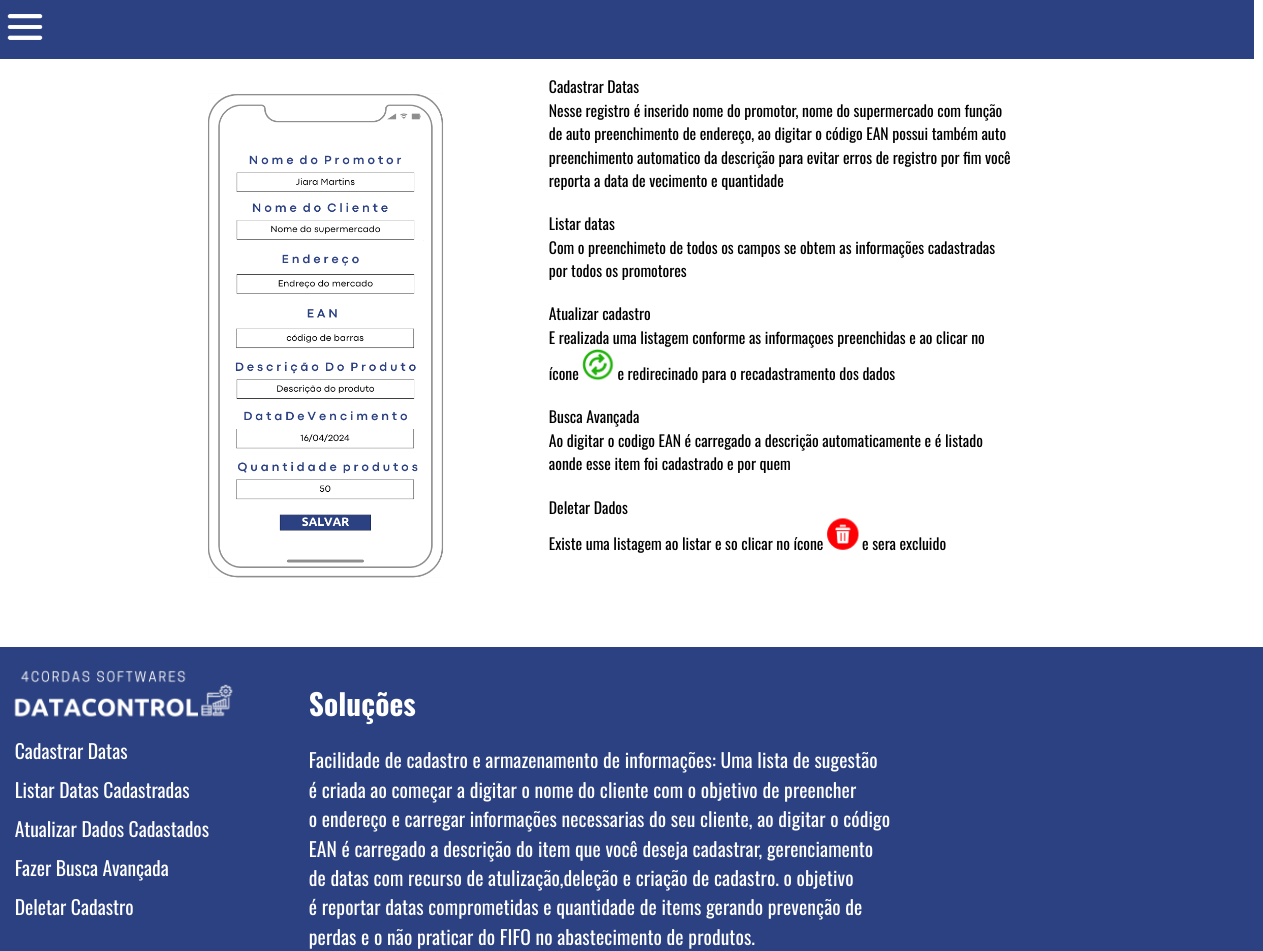
Repository: alfredo-allan/ControleDeDatasFrontEnd
Page: index.html
An editor plug-in stored every save of this project. The page is shown before and after the next save, followed by the edit.
The browser window is 1280 px wide. The page is 1289 px wide, so the pictures cover 1289 px, including what lies to the right of the window. The pictures show the whole page, at 98% of full size.

Above is the page before, as saved 2024-04-30 14:40:20.
Console error: TypeError: Cannot read properties of null (reading 'addEventListener')

### index.html
<!DOCTYPE html>
<html lang="pt-BR">
  <head>
    <meta charset="UTF-8" />
    <meta name="viewport" content="width=device-width, initial-scale=1.0" />
    <link rel="stylesheet" href="./style/style.css" />
    <link rel="preconnect" href="https://fonts.googleapis.com" />
    <link rel="preconnect" href="https://fonts.gstatic.com" crossorigin />
    <link
      href="https://fonts.googleapis.com/css2?family=Oswald:wght@200..700&display=swap"
      rel="stylesheet"
    />
    <title>Controle de Datas</title>
  </head>
  <body>
    <div class="header">
      <div id="menu-icon">
        <img id="icon-menu" src="./images/barra-de-menu.png" alt="" />
      </div>
      <div id="titulo">
        <!-- <h1>Controle De Datas</h1> -->
      </div>
      <div id="menu-options">
        <ul>
          <!-- <img id="usuario" src="./images/usuario-exemplo.jpg" alt="" /> -->
          <a href="pages/cadastro.html"><li>Cadastrar Datas</li></a>
          <a href="pages/listagem.html"><li>Listar Datas</li></a>
          <a href="pages/atualizar.html"><li>Atualizar Cadastro</li></a>
          <a href="pages/buscaavancada.html"><li>Busca Avançada</li></a>
          <a href="pages/deletar.html"><li>Deletar Dados</li></a>
        </ul>
      </div>
    </div>
    <img id="instrucao" src="./images/CadastrarDatas.png" alt="">
    <div class="coluna">
    <ul>
      <span>Cadastrar Datas</span>
      <li>Nesse registro é inserido nome do promotor, nome do supermercado com função de auto preenchimento de endereço, ao digitar o código EAN possui também auto preenchimento automatico da descrição para evitar erros de registro por fim você reporta a data de vecimento e quantidade</li>
      <span>Listar datas</span>
      <li>Com o preenchimeto de todos os campos se  obtem as informações cadastradas por todos os promotores</li>
      <span>Atualizar cadastro</span>
      <li>E realizada uma listagem conforme as informaçoes preenchidas e ao clicar no ícone <img src="./images/repetir.png" alt=""> e redirecinado para o recadastramento dos dados</li>
      <span>Busca Avançada</span>
      <li>Ao digitar o codigo EAN é carregado a descrição automaticamente e é listado aonde esse item foi cadastrado e por quem</li>
      <span>Deletar Dados</span>
      <li>Existe uma listagem ao listar e so clicar no ícone <img src="./images/excluir.png" alt=""> e sera excluido</li>
    </ul>
    </div>
    </div>
    <div class="footer">
      <div id="mapa" class="col-sm-6">
        <img id="tootext" src="./images/data.png" alt="" />
        <ul id="mapadosite">
          <a href="./pages/cadastro.html"><li>Cadastrar Datas</li></a>
          <a href="./pages/listagem.html"><li>Listar Datas Cadastradas</li></a>
          <a href="./pages/atualizar.html"
            ><li>Atualizar Dados Cadastados</li></a
          >
          <a href="./pages/buscaavancada.html"><li>Fazer Busca Avançada</li></a>
          <a href="./pages/deletar.html"><li>Deletar Cadastro</li></a>
        </ul>
      </div>
      <div id="solucao" class="col-sm-6">
        <span>Soluções</span>
        <p>
          Facilidade de cadastro e armazenamento de informações: Uma lista de
          sugestão <br />
          é criada ao começar a digitar o nome do cliente com o objetivo de
          preencher <br />
          o endereço e carregar informações necessarias do seu cliente, ao
          digitar o código <br />
          EAN é carregado a descrição do item que você deseja cadastrar,
          gerenciamento <br />
          de datas com recurso de atulização,deleção e criação de cadastro. o
          objetivo <br />
          é reportar datas comprometidas e quantidade de items gerando prevenção
          de <br />
          perdas e o não praticar do FIFO no abastecimento de produtos.
        </p>
      </div>
    </div>
  </body>
  <script src="./js/script.js"></script>
</html>

### style/style.css
:root {
  --cor-azul: rgb(44, 65, 129);
  --oswald-font: "Oswald", sans-serif;
  --luthier-font: "Luthier";
}

body {
  font-family: var(--oswald-font);
}

@font-face {
  font-family: "Luthier";
  src: url("../fonts/LuthierFF/Luthier-Regular.ttf") format("truetype");
  /* Adicione mais formatos (e.g. woff, woff2) conforme necessário */
}

#titulo h1 {
  font-family: var(--luthier-font);
  letter-spacing: 3px;
  font-weight: 900;
  color: white;
  margin-top: -30px;
  margin-left: 55px;
}

.column {
  display: flex;
  flex-direction: column;
  align-items: center;
  padding: 10px 20px 15px 15px;
  border: 1px solid #ccc;
  border-radius: 5px;
  width: 300px;
  margin: 0 auto;
  span {
    font-weight: 900;
    font-family: var(--luthier-font);
    letter-spacing: 3px;
    margin-bottom: 10px;
    color: var(--cor-azul);
  }
}

#logo img {
  margin-top: 200px;
  width: 250px;
  margin-left: 50px;
}

#logo {
  h1 {
    text-align: center;
    text-wrap: nowrap;
    font-size: 25px;
    font-family: var(--oswald-font);
    font-weight: 900;
    letter-spacing: 2px;
    color: var(--cor-azul);
  }
}

#form {
  margin-top: 80px;
}

input {
  margin-bottom: 5px;
  padding: 5px;
  width: 100%;
  box-sizing: border-box;
  font-weight: 600;
  margin-bottom: 10px;
}

input::placeholder {
  text-align: center;
  color: gray;
  font-family: var(--oswald-font);
  font-weight: 400;
}

input:focus {
  outline-color: var(--cor-azul); /* Altere a cor aqui */
}

.header {
  position: fixed;
  top: 0;
  left: 0;
  width: 100%;
  height: 60px;
  background-color: var(--cor-azul);
}

#icon-menu {
  width: 35px;
  margin-top: 10px;
  z-index: 1;
  margin-left: 8px;
  cursor: pointer;
}

#menu-options ul {
  list-style: none;
  padding: 0;
  margin-left: 5px;
  font-size: 20px;
  font-weight: 500;
  text-wrap: nowrap;
  font-family: var(--oswald-font);
  z-index: 999;
}

#menu-options ul li {
  padding: 10px;
  letter-spacing: 2px;
  cursor: pointer;
  z-index: 999;
}

a {
  text-decoration: none; /* Remove sublinhado */
  color: inherit; /* Mantém a cor padrão do texto */
  /* Adicione quaisquer outros estilos desejados para o link */
}

#menu-options {
  display: none;
  position: absolute;
  top: 0;
  left: 0;
  margin-top: 60px;
  width: 55%;
  height: 41vh;
  border-bottom-right-radius: 15px;
  background-color: var(--cor-azul);
  color: white;
  font-family: var(--oswald-font);
  font-weight: 900;
  z-index: 999;
}

button {
  text-align: center;
  width: 110px;
  height: 30px;
  padding: 6px 30px;
  background-color: rgba(44, 65, 129, 0.897);
  border-radius: 5px;
  color: white;
  border: none;
  border-radius: 5px;
  cursor: pointer;
  font-family: var(--oswald-font);
}

button:focus {
  outline: 2px solid var(--cor-azul);
}

.footer {
  width: 102%;
  position: relative;
  margin-top: 5%;
  margin-left: -8px;
  margin-bottom: -20px;
  background-color: var(--cor-azul);
}

.footer img {
  width: 300px;
  height: 60px;
  margin-top: 2px;
  cursor: pointer;
  margin-left: 10px;
}

#autocomplete-list-id {
  background-color: #f1f1f1;
  border: 1px solid #d4d4d4;
  color: var(--cor-azul);
  border-top: none;
  max-height: 200px;
  overflow-y: auto;
  position: absolute;
  /* z-index: 999; */
  margin-top: -10px;
  margin-left: 60px;
}

.autocomplete-items div {
  padding: 10px;
  cursor: pointer;
  background-color: #fff;
  border-bottom: 1px solid #d4d4d4;
}

.autocomplete-items div:hover {
  background-color: #e9e9e9;
}

.autocomplete-items div strong {
  font-weight: bold;
}

#data-list {
  margin: 0 auto;
  left: 50%;
  transform: translateX(-50%);
  margin: 0 auto;
  left: 50%;
  top: 60%;
  transform: translate(-50%, -50%);
  /* border: 1px solid var(--cor-azul); */
  color: var(--cor-azul);
  border-radius: 5px;
  max-height: 330px;
  overflow-y: auto;
  position: absolute;
  z-index: -1;
  margin-top: 110px;
  margin-left: 0px;
  width: 336px;
  list-style: none;
  .name {
    font-family: var(--oswald-font);
    font-weight: 900;
    font-size: 17px;
  }
  .item {
    font-family: var(--oswald-font);
    font-weight: 500;
    font-size: 15;
    color: rgb(0, 0, 0);
  }
}

/* #promotor {
  line-height: 60px;
} */

#data-list {
  /* Estilos do elemento #data-list */
  /* Defina outras propriedades conforme necessário */

  scrollbar-color: var(--cor-azul) var(--cor-azul); /* Cor da barra de rolagem e do fundo da barra */
}

#data-list::-webkit-scrollbar {
  width: 10px; /* Largura da barra de rolagem */
}

#data-list::-webkit-scrollbar-thumb {
  background-color: white; /* Cor da barra de rolagem */
  border-radius: 5px; /* Raio de borda da barra de rolagem */
}

#texto-descritivo {
  text-align: justify;
  margin-top: 200px;
  position: fixed;
  font-family: var(--luthier-font);
  letter-spacing: 3px;
  line-height: 2;
  margin-right: 8px;
  font-weight: 900;
  color: var(--cor-azul);
}

#del {
  width: 25px;
  margin: -4px;
  margin-left: 20px;
}

#atualizar {
  width: 25px;
  margin: -5px;
  margin-left: 20px;
}

.video {
  width: 100%;
  height: 100vh; /* Altura ocupando toda a tela */
}

.video video {
  position: fixed;
  top: 0;
  left: 0;
  width: 100%;
  height: 20%;
  object-fit: cover;
  margin-top: 52px;
}

.modal {
  display: none; /* Escondido por padrão */
  position: fixed;
  z-index: 1;
  left: 0;
  top: 0;
  width: 100%;
  height: 100%;
  overflow: auto;
  background-color: rgba(0, 0, 0, 0.4);
}

.modal-content {
  background-color: #fefefe;
  margin: 15% auto;
  padding: 20px;
  border: 2px solid #888;
  width: 80%;
  border-radius: 10px;
  p {
    text-align: center;
    font-family: var(--luthier-font);
    letter-spacing: 3px;
    font-weight: 600;
    color: var(--cor-azul);
  }
}

.close {
  color: #aaa;
  float: right;
  font-size: 28px;
  font-weight: bold;
}

.close:hover,
.close:focus {
  color: black;
  text-decoration: none;
  cursor: pointer;
}

#modalbtn {
  text-align: center;
}

#confirmButton {
  margin-right: 5px;
}

#tootext {
  margin-left: -40px;
  margin-top: 20px;
}

#mapadosite {
  font-family: var(--oswald-font);
  list-style: none;
  margin-top: 0px;
  line-height: 40px;
  text-align: left;
  margin-left: -25px;
  color: white;
  font-size: 20px;
}

#mapa {
  text-align: left;
}

#solucao {
  margin-top: -270px;
  margin-left: 315px;
  font-family: var(--oswald-font);
  letter-spacing: 0.1px;
  color: white;
  span {
    font-size: 30px;
    font-weight: 900;
  }
  p {
    font-size: 20px;
    text-align: left;
  }
}

@media (min-width: 310px) and (max-width: 580px) {
  #solucao {
    margin-top: -10px;
    margin-left: -200px;
    text-align: center;
  }
}

@media (min-width: 310px) and (max-width: 580px) {
  #solucao span {
    margin-left: -30px;
  }
}

@media (min-width: 310px) and (max-width: 580px) {
  #solucao p {
    font-size: 20px;
    text-align: left;
    margin-left: 215px;
  }
}

@media (min-width: 310px) and (max-width: 580px) {
  .footer {
    margin-top: 20%;
    position: absolute;
    margin-left: -8px;
    width: 100%;
    margin-bottom: 0px;
  }
}

.footer_pg {
  position: fixed;
  left: 0;
  bottom: 0;
  width: 100%;
  height: 60px;
  background-color: var(--cor-azul);
}

@media (min-width: 310px) and (max-width: 580px) {
  .footer_pg img {
    margin-left: auto;
    margin-right: auto;
    display: block;
  }
}

#instrucao {
  margin-top: 80px;
  width: 250px;
  margin-left: 200px;
}

@media (min-width: 500px) and (max-width: 1200px) {
  #instrucao {
    margin-left: 20px;
  }
}

.coluna {
  display: flex;
  flex-direction: column;
  justify-content: center;
  margin-left: 40%;
  margin-top: -42%;
  width: 40%;
  position: fixed;
  li {
    list-style: none;
    margin-bottom: 20px;
  }


}

### js/script.js
document.addEventListener("DOMContentLoaded", function () {
  carregarDados();

  document
    .getElementById("data-vencimento")
    .addEventListener("input", formatarData);

  document.getElementById("ean").addEventListener("input", function () {
    var eanSelecionado = document.getElementById("ean").value;
    preencherDescricaoPorEAN(eanSelecionado);
  });
});

function formatarData() {
  let inputData = document.getElementById("data-vencimento").value;

  let dataFormatada = inputData.replace(/^(\d{2})(\d{2})(\d{2})$/, "$1/$2/$3");

  document.getElementById("data-vencimento").value = dataFormatada;
}

function preencherDescricaoPorEAN(ean) {
  fetch("../frutap.json")
    .then((response) => response.json())
    .then((data) => {
      const mercados = data.mercados;

      for (let mercado of mercados) {
        const produto = mercado.produtos.find(
          (produto) => produto.codigoEAN === ean
        );
        if (produto) {
          document.getElementById("descricao-produto").value =
            produto.descricao;
          return; // Encerra o loop assim que encontrar o produto correspondente
        }
      }

      // Se não encontrou nenhum produto com o código EAN correspondente
      document.getElementById("descricao-produto").value =
        "Produto não encontrado";
    })
    .catch((error) => {
      console.error("Erro ao carregar os dados do arquivo JSON:", error);
    });
}

function carregarDados() {
  fetch("../frutap.json")
    .then((response) => {
      if (response.ok) {
        return response.json();
      } else {
        throw new Error("Erro ao carregar os dados");
      }
    })
    .then((data) => {
      if (data && data.mercados) {
        const mercados = data.mercados.map((mercado) => mercado.nome);
        const codigosEAN = data.mercados.map((mercado) => mercado.codigoEAN);
        const enderecos = data.mercados.map((mercado) => mercado.endereco);

        autocomplete(document.getElementById("nome-cliente"), mercados, data);
        autocomplete(document.getElementById("ean"), codigosEAN);
        autocomplete(
          document.getElementById("endereco-cliente"),
          enderecos,
          data
        );
      } else {
        console.error("Formato de dados inválido");
      }
    })
    .catch((error) => {
      console.error("Erro ao carregar os dados do arquivo JSON:", error);
    });
}
function autocomplete(inp, arr, data) {
  var currentFocus;

  inp.addEventListener("input", function (e) {
    var a,
      b,
      i,
      val = this.value;
    closeAllLists();
    if (!val) {
      return false;
    }
    currentFocus = -1;
    a = document.createElement("DIV");
    a.setAttribute("id", "autocomplete-list-id");
    a.setAttribute("class", "autocomplete-items");
    this.parentNode.appendChild(a);
    for (i = 0; i < arr.length; i++) {
      if (
        arr[i] &&
        arr[i].substr(0, val.length).toUpperCase() == val.toUpperCase()
      ) {
        b = document.createElement("DIV");
        b.innerHTML = "<strong>" + arr[i].substr(0, val.length) + "</strong>";
        b.innerHTML += arr[i].substr(val.length);
        b.innerHTML += "<input type='hidden' value='" + arr[i] + "'>";
        b.addEventListener("click", function (e) {
          inp.value = this.getElementsByTagName("input")[0].value;
          closeAllLists();
          // Preencher o campo de Endereço do mercado ao selecionar o nome do mercado
          var selectedMarket = this.getElementsByTagName("input")[0].value;
          var mercadoSelecionado = data.mercados.find(
            (mercado) => mercado.nome === selectedMarket
          );
          if (mercadoSelecionado) {
            var enderecoCompleto =
              mercadoSelecionado.endereco.rua +
              ", " +
              mercadoSelecionado.endereco.bairro +
              ", " +
              mercadoSelecionado.endereco.cidade +
              ", " +
              mercadoSelecionado.endereco.estado;
            document.getElementById("endereco-cliente").value =
              enderecoCompleto;
          }
        });
        a.appendChild(b);
      }
    }
  });

  function closeAllLists(elmnt) {
    var x = document.getElementsByClassName("autocomplete-items");
    for (var i = 0; i < x.length; i++) {
      if (elmnt != x[i] && elmnt != inp) {
        x[i].parentNode.removeChild(x[i]);
      }
    }
  }

  document.addEventListener("click", function (e) {
    closeAllLists(e.target);
  });
}

const menuIcon = document.getElementById("menu-icon");
const menuOptions = document.getElementById("menu-options");

menuIcon.addEventListener("click", function () {
  if (menuOptions.style.display === "none") {
    menuOptions.style.display = "block";
  } else {
    menuOptions.style.display = "none";
  }
});

document.getElementById("btn-salvar").addEventListener("click", function () {
  const nomePromotor = document.getElementById("nome-promotor").value;
  const nomeCliente = document.getElementById("nome-cliente").value;
  const enderecoCliente = document.getElementById("endereco-cliente").value;
  const ean = document.getElementById("ean").value;
  const descricaoProduto = document.getElementById("descricao-produto").value;
  const dataVencimento = document.getElementById("data-vencimento").value;
  const quantidadeProdutos = document.getElementById(
    "quantidade-produtos"
  ).value;

  fetch("https://v1controledatas.pythonanywhere.com/salvar-dados", {
    method: "POST",
    headers: {
      "Content-Type": "application/json",
    },
    body: JSON.stringify({
      nomePromotor: nomePromotor,
      nomeCliente: nomeCliente,
      enderecoCliente: enderecoCliente,
      ean: ean,
      descricaoProduto: descricaoProduto,
      dataVencimento: dataVencimento,
      quantidadeProdutos: quantidadeProdutos,
    }),
  })
    .then((response) => {
      if (response.ok) {
        // alert("Dados salvos com sucesso!");
      } else {
        throw new Error("Erro ao salvar os dados");
      }
    })
    .catch((error) => {
      console.error("Erro ao salvar os dados:", error);
    });
});

// Selecionando o botão de fechar e o modal

Loaded but not shown: frutap.json (455 lines, source omitted)

After the next save:
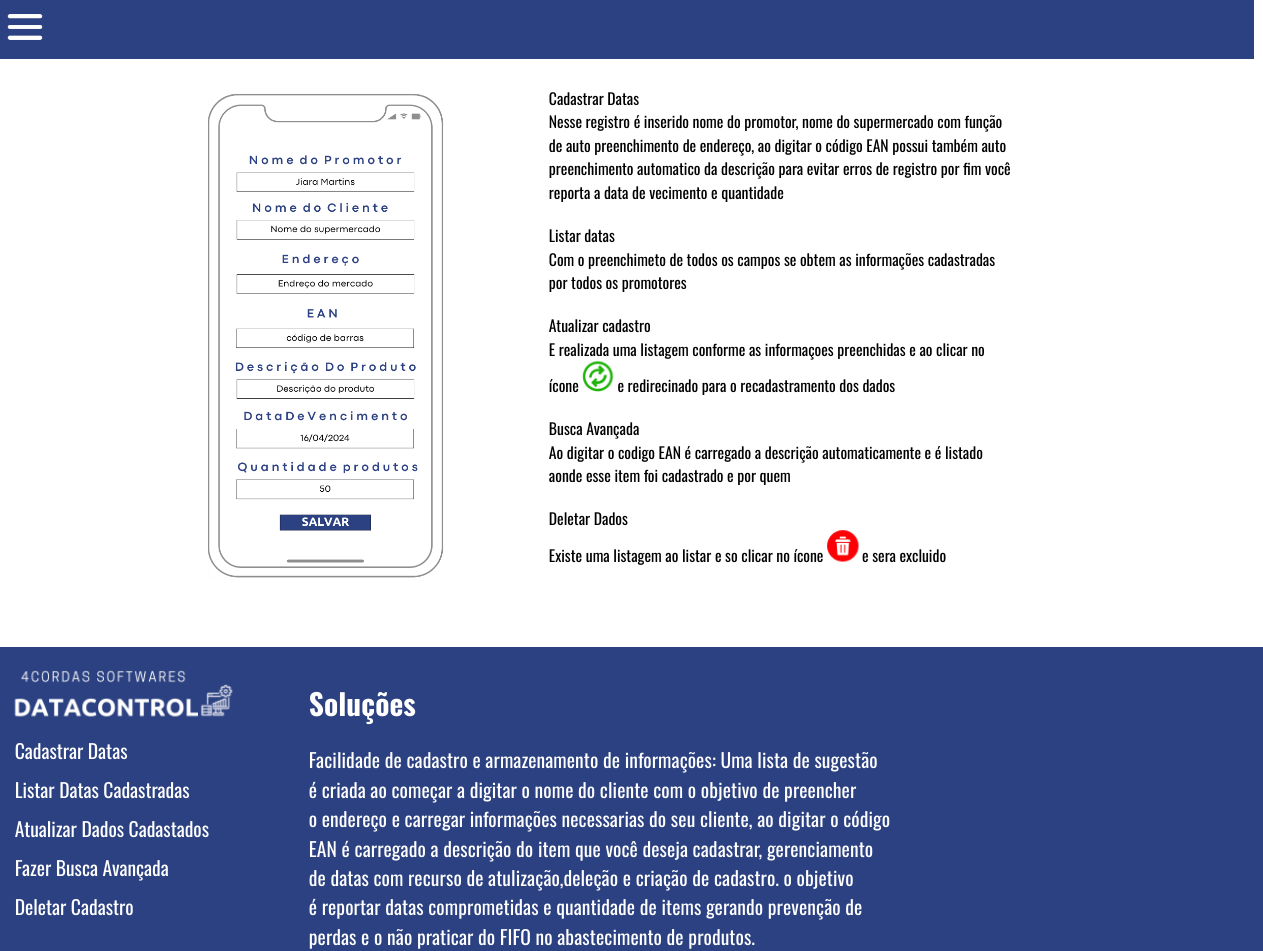
Saved 4 s later.
--- a/style/style.css
+++ b/style/style.css
@@ -446,7 +446,7 @@ button:focus {
   flex-direction: column;
   justify-content: center;
   margin-left: 40%;
-  margin-top: -42%;
+  margin-top: -41%;
   width: 40%;
   position: fixed;
   li {
